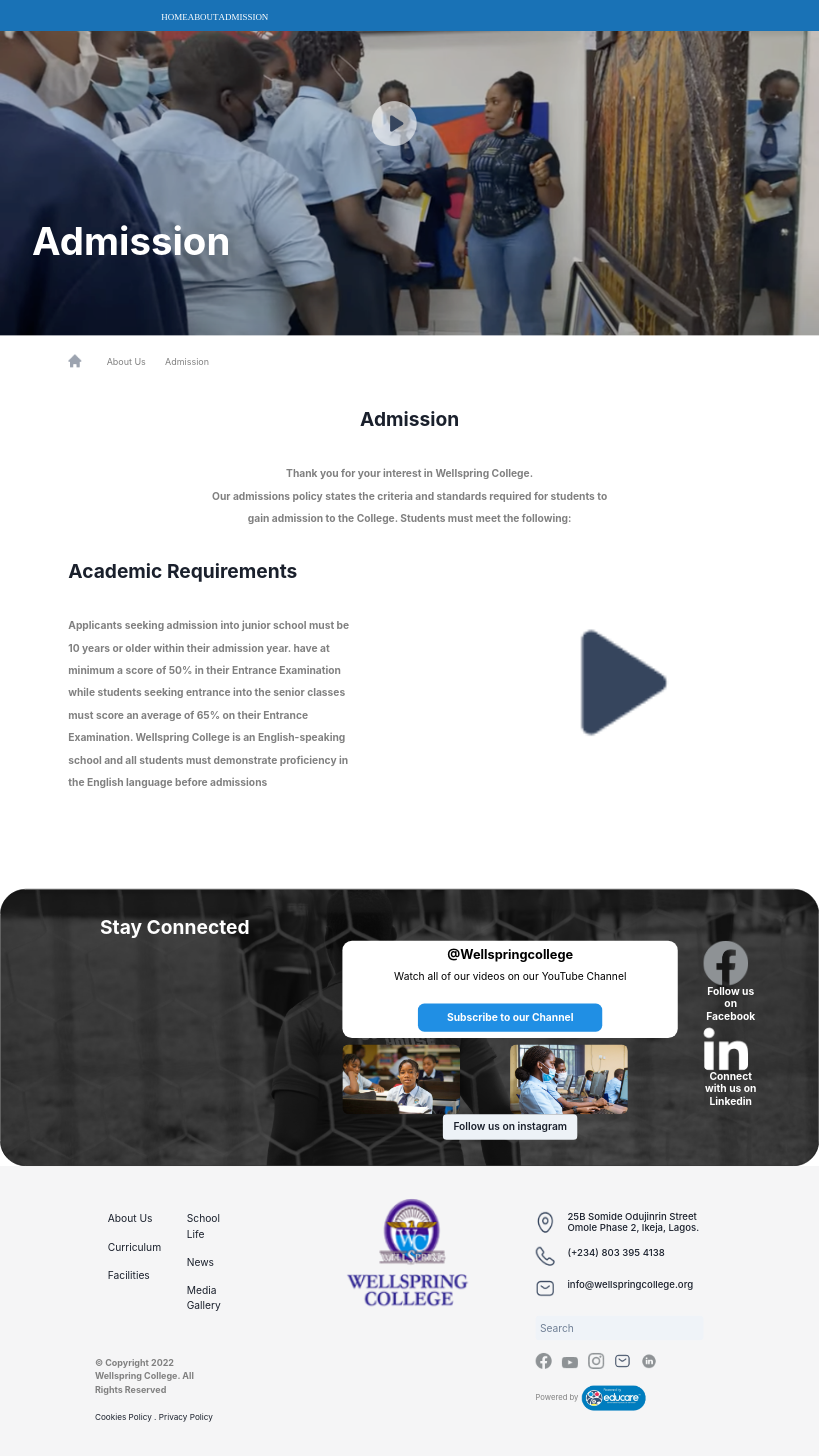
Repository: gr8skills/wellspring-school-forked
Page: /admission
The author's editor kept a copy of each file at every save. The page is drawn from the files as they stood at one save, then again after the next save.
The browser window is 1280 px wide. The pictures show the whole page, at 64% of full size.
The project was rebuilt for these pictures with package versions that can differ from the ones it lists, and the page was loaded fresh each time. Also part of the build but not shown: src/components/Navbar/Dropdown.scss, src/components/Navbar/Dropdown.js, src/components/Testimonials/Testimonials.js, src/components/Calendar/Calendar.js, src/components/News/News.js, src/components/WhyWellspring/_why-wellspring.scss, src/components/WhyWellspring/WhyWellspring.js, src/components/AppTab/AppTab.js and 9 more.

Above is the page before, as saved 2022-12-06 17:48:55.

### src/index.css
body {
  /* margin: 0;
  font-family: -apple-system, BlinkMacSystemFont, 'Segoe UI', 'Roboto', 'Oxygen',
    'Ubuntu', 'Cantarell', 'Fira Sans', 'Droid Sans', 'Helvetica Neue',
    sans-serif;
  -webkit-font-smoothing: antialiased;
  -moz-osx-font-smoothing: grayscale; */
}

/* code {
  font-family: source-code-pro, Menlo, Monaco, Consolas, 'Courier New',
    monospace;
} */

### src/App.css
body{
}

.App {
  text-align: center;
    background-color:black;

}

.App-logo {
  height: 40vmin;
  pointer-events: none;
}

@media (prefers-reduced-motion: no-preference) {
  .App-logo {
    animation: App-logo-spin infinite 20s linear;
  }
}


@keyframes App-logo-spin {
  from {
    transform: rotate(0deg);
  }
  to {
    transform: rotate(360deg);
  }
}

### src/pages/Admission/Admission.js
import Banner from "../../assets/admission.png";
import Home from "../../assets/home.png";
import VideoIcon from "../../assets/vid2.png";
import Happy from "../../assets/vid2.png";

import Dot from "../../assets/yellow.png";
import { Heading } from "@chakra-ui/react";
import { Link } from "react-router-dom";

import "./_admission.scss";
import { StayConnected } from "../../components/StayConnected/StayConnected";
export const Admission = () => {
  return (
    <>
      <div className="col-md-12 holder">
        <img className="col-md-12 imgCaro" src={Banner} alt="Scholar" />
        <div className="overlay">
          <div className="videoIcon">
            {" "}
            <img className="col-md-1" src={VideoIcon} alt="Scholar" />
          </div>
          <Heading size="3xl">Admission</Heading>
        </div>
      </div>
      <div className="flexy breadcrumb">
        <div className="col-md-1">&nbsp;</div>
        <a href="#">
          <img className="col-md-12 home-icon" src={Home} alt="Scholar" />
        </a>
        <p>About Us</p>
        <p>Admission</p>
      </div>
      <div className="col-md-12 flexy admission">
        <div className="col-md-3">&nbsp;</div>
        <div className="page-body col-md-6 ">
          <Heading size="lg" mb="50px" mt="30px">
            Admission
          </Heading>
          <p style={{ lineHeight: "35px" }}>
            Thank you for your interest in Wellspring College.
            <br /> Our admissions policy states the criteria and standards
            required for students to gain admission to the College. Students
            must meet the following:
          </p>
        </div>
      </div>
      <div className="col-md-12 flexy">
        <div className="col-md-1">&nbsp;</div>
        <div className="col-md-10 flexy">
          <div className="page-body col-md-5 ">
            <Heading size="lg" mb="50px" mt="30px">
              Academic Requirements
            </Heading>
            <p>
              Applicants seeking admission into junior school must be 10 years
              or older within their admission year. have at minimum a score of
              50% in their Entrance Examination while students seeking entrance
              into the senior classes must score an average of 65% on their
              Entrance Examination. Wellspring College is an English-speaking
              school and all students must demonstrate proficiency in the
              English language before admissions
            </p>
          </div>
          <div className="col-md-2">&nbsp;</div>
          <div className="col-md-5">
            {" "}
            <img className="col-md-12 " src={Happy} alt="Scholar" />
          </div>
        </div>
      </div>

      <StayConnected />
    </>
  );
};

### src/components/Navbar/NavBar.module.css


.navCont{
    position: relative;
    /* display: flex; */
    width:25%;
    /* justify-content: space-between; */
    /* margin: 0 auto; */
    /* max-height: 5rem; */
    padding-left:220px;

}

.nav-links{
    font-size:10px !important;
}


.imgCont{
    position: relative;
}

/* .imgContent{
    position: absolute;
    z-index: 1;
    height: 6vw;

} */

/* .btnPortal{
    background-color: #4CA14900;
    color: #fff;
    height: 2.5rem;
    width: 7rem;
    font-size: 18px;
    border-radius: 5px;
    position: relative;
    outline: 0;
    border: 0;
    transition: 1.5s scale linear;
} */

/* .btnPortal:focus{
    outline: 0;
    border: 0;
} */

/* .btnPortal:hover{
    transform: scale(1.02);
    background-color: #4CA149CF;
} */

/* .fIcon{
    width: 30px;
    height: 30px;
    padding: 5px 5px;
    transform: translate(-6px, -1px);
} */

/* @media screen and (max-width: 960px) {
    .navCont{
        position: relative;
        display: flex;
        width: 100%;
        justify-content: space-between;
        margin: 0 auto;
        max-height: 5rem;

    }

    .imgContent{
        position: absolute;
        z-index: 1;
        height: 16vw;

    }

}


 */

### src/components/Navbar/_navbar.scss
@import "../../variables";





.navContainer{
    background:$themecolor;
    min-height: 3rem;
    position: fixed;
    z-index: 1;
    right: 0;
    width: 100%;
    top: 0;
    @media screen and (max-width:620px){
        display:none;
    }
}


.nav-list{
    display: flex;
    max-width: 70%;
    width: 70%;
    justify-content: space-between;
    list-style: none;
    color: #fff;
    font-family: monserat;
    transform: translateY(54%);
    margin: 0 !important;
}

.nav-list li{
    line-height: 25px;
    text-align: center;
    margin: 0;
    font-size: 14px;

}

/* .nav-list li a{
    color: #fff;
} */


.nav-item {
    height: auto;
    justify-content: center;
    display: flex;
}

.menu-icon{
    display: none;
}




.nav-links {
    color: #fff;
    display: flex;
    align-items: center;
    text-decoration: none;
    height: 100%;
    transition: all 0.2s ease-out;

}

.nav-links:hover {
    background-color: #fff;
    text-decoration: none;
    // padding:5px;
    color:$themecolor;
}


@media screen and (max-width: 600px) {
    .ph{
        display: none;
    }

@media screen and (max-width: 960px) {
    .nav-list{
        display: none;
    }
}

    .menu-icon{
        display: block;
    }

    .nav-list{
        display: flex;
        flex-direction: column;
        position: absolute;
        height: 42rem;
        width: 100%;
        max-width: 100% !important;
        top: 48px;
        transform: translateY(4%);
        /* z-index: 999; */
        opacity: 1;
        right: -100%;
        transition: all .5s linear;
    background-color: #4CA149;

    }
.mainMenu li a{
    line-height:20px !important;

}
    .nav-list.active{
        transition: all 0.3s ease-out;
        visibility: visible;
        transition: all .5s linear;
        right: 0;
        /* z-index: 1; */
    }

    .nav-list.active li {
        font-size: 4vw;
        position: relative;
        margin: 30px 0;
    }


    .fa-times{
        position: relative;
        float: right;
        width: 100%;
    }

    .fa-times, .fa-bars{
        font-size: 40px;
        color: #feed00;
        transition: all 1.5ms linear;
        transform: translate(-29px, 17px);

    }
.nav-links{
    display:none;
}
}




@media screen and (min-width: 960px) {
    .wrapper{
        display:none;
    }
}



/*for sidenav*/




.ph:hover{
    background-color:rgb(255, 165, 0) !important;
    opacity:1 !important
}
.wrapper{
    position: absolute;
    top: 50%;
    left: 50%;
    transform: translate(-50%, -50%);

}
.mainMenu{
    width: 250px;
    display: block;
    border-radius: 10px;
    overflow: hidden;
}
.mainMenu a{
  font-size:20px !important;
  font-weight:bold !important;
      font-family: monserat;
      /* margin-bottom:-20px; */
}
.item{
    border-top: 1px solid orange;
    overflow: hidden;
margin: top 0;
line-height: 20px !important;
}
.btn{
    display: block;
    padding: 15px 20px;
    color: #fff;
    position: relative;
    padding-left:5px !important;
    /* text-align:left !important; */

}
.btn:before{
    content: '';
    position: absolute;
    width: 0;
    height: 0;
    border-left: 8px solid transparent;
    border-right:8px solid transparent;
    /* border-top:10px solid rgba(0,128,0,0.9); */
    right: 15px;
    bottom: -10px;
    z-index: 9;

}
.btn i {
    margin-right: 7px;
    margin-left: -5px;
    font-size: 13px;
}
.subMenu{
    /* background:#A3DA8D !important; */
      overflow: hidden;
        /* background:rgba(78,161,73, 0.1)!important; */
        background:rgba(178,161,173, 0.1)!important;

    transition: max-height 0.7s;
max-height: 0;
z-index:300000000 !important;
position:relative !important;

}
.subMenu a{
    display: block;
    /* padding: 5px 10px !important; */
    color: #fff !important;
    font-size: 14px !important;
    border-bottom: 1px solid #394c7f;
    position: relative;
    margin-top:5px !important;


}
.subMenu a:before{
    content: '';
    opacity: 0;
    transition: opacity 0.3s;

}
.subMenu a:hover:before{
    content: '';
    position: absolute;
    height: 0;
    width: 6px;
    left: 0;
    top:0;
    opacity: 1;
    /* background-color: #d8d824; */
    border-top: 24px solid transparent;
    border-left: 11px solid #ffffff;
    border-bottom: 24px solid transparent;
}
.subMenu a:after{
    content: '';
    opacity: 0;
    transition: opacity 0.3s;

}
.subMenu a:hover:after{
    content: '';
    position: absolute;
    height: 0;
    width: 6px;
    right: 0px;
    top:0;
    opacity: 1;
    /* background-color: #d8d824; */
    border-top: 24px solid transparent;
    border-right: 11px solid #ffffff;
    border-bottom: 24px solid transparent;
}
.subMenu a:hover{
   background-color:orange;
    transition: all 0.3s;
    border-bottom: 2px solid #394c7f;
}
.subMenu a:last-child{
    border:none;
}
.item:target .subMenu{
    max-height: 300px;
        /* transition: max-height 0.7s !important; */

}

.login{
  background-color:#ED2f59;
  padding:5px 14px 5px 14px !important;
  border-radius:5px;
margin-right:55px;
margin-left:30px;
font-family: 'Poppins', sans-serif;

  }



.portal{
  background-color:rgb(221, 156, 35);
  /* padding:7px; */
  width:120px;
  margin-left:50px;
  border-radius:5px;
 padding:7px !important;
 font-size:5px !important;
 color:white !important;
    /* padding-bottom:6px !important; */
  margin-top:20px !important;
   font-size:11px !important;
      text-decoration: none;

  }

  .portal a{

  }

### src/components/Footer/_footer.scss
@import "../../shared-styles";
@import "../../variables";



.footer-container{
    padding:50px;
    height:fit-content;
    background-color:#F5F5F6;
    ul li{
        margin:20px;
    }
    .footer-contacts{
        img{width:30px; margin-right:20px}
        h1{margin-top:20px;
        font-size:15px;}
    }
    .footer-links{
        p{margin-top:30px;
        font-size:14px;
    color:grey;
font-weight:bold;
margin-bottom:20px;}
    }
    ol li{
       width:33px;
       img{
        width:25px !important;
        margin-top:20px;
       }
    }
    .educare{
        margin-top:20px;
        p{font-size:12px;
        color:grey;
    margin-top:10px;
margin-right:5px;}
            img{width:100px;}

    }
}

### src/pages/AboutUs/_about-us.scss
@import "../../shared-styles";
@import "../../variables";


.holder2 {
  position: relative;
  img{border-radius: 10px;}
    // background-image: url("../../assets/orange-arrow2.png");
  // background-repeat: no-repeat;
  // background-size: 60px;
  // background-position: 50% 50%;
  // position: relative;
  // z-index:10000000;
  // display:none;

}

/* Make the image to responsive */
.image {
  display: block;
  width: 100%;
  height: auto;
}

/* The overlay effect - lays on top of the container and over the image */
.overlay2 {
  position: absolute;
 bottom:134px;
  color: #f1f1f1;
  width: 60%;
  opacity:1;
  color: white;
  font-size: 27px !important;
  // padding: 40px ;
  text-align:center !important;left:10%;
  @media screen and (max-width:620px){
    left:16%;
     font-size: 30px !important;
  }



}
@media screen and (max-width:620px){
  .link-imgs{
    padding:20px;
  }
  .holder2{
        margin-top:20px;

  }.holder-up{
        margin-top:-70px;

  }
}

### src/pages/ProprietorMessage/_message.scss
@import "../../shared-styles";
@import "../../variables";


.message{
  span{color:$themecolor2;}
  strong{font-size:20px;
  color:rgb(98, 97, 97);}
  .message-paragraph{margin-left: 30px; margin-top: 98px;
  @media screen and (max-width:620px){
    margin-left: 0px;
  }
  }
  img{border-radius:10px;}
}

### src/pages/Vision/_vision.scss
@import "../../shared-styles";
@import "../../variables";


.vision{
  img{
    height:10px;
    width:10px;
    margin:17px 10px;
  }
  ul li{
   line-height:45px;
  }
  ul{
    margin-right:50px;
       margin-bottom:40px;

  }
}

### src/pages/Discipline/_discipline.scss
@import "../../shared-styles";
@import "../../variables";


.discipline{
 p{margin-bottom:140px;}
}

### src/pages/SchoolSong/_school-song.scss
@import "../../shared-styles";
@import "../../variables";


.school-song{
 p{margin-bottom:140px;
line-height: 55px;}
}

### src/pages/TeachingTeam/_teaching-team.scss
@import "../../shared-styles";
@import "../../variables";


.school-song{
 p{margin-bottom:140px;
line-height: 55px;}
}

### src/pages/Admission/_admission.scss
@import "../../shared-styles";
@import "../../variables";


.videoIcon{
    margin-left:45%;
    margin-bottom:10%;
 img{
    height:70px;
    width:70px;


 }
}
.admission{
    .page-body{text-align:center}
}

### src/_variables.scss
$themecolor:#1972B6;
$themecolor2:rgb(32,143,228);

### src/components/Testimonials/_testimonials.scss
@import "../../variables";
@import "../../shared-styles";




.testimonial{
    margin-top:100px;
    small{
font-weight:bold;}
.testimonial-massage{
 margin-top:80px;

    margin-left:60px;
    p{line-height:35px;
    margin-top:40px;
    }

}
strong{font-size:20px;
background-color:$themecolor2;
color:white;
padding:2px 7px;
margin-left: 10px;
border-radius:3px}
}
 .carousel {
    position: relative;
    z-index: 0;

}
.carousel-inner {
    position: relative;
    width: 100%;
    overflow: hidden;
          border-radius:20px !important;;

}

.carousel-indicators > button.active {
    opacity: 1;
    max-width: 14px !important;
    max-height:14px  !important;
    min-width: 14px !important;
    min-height:14px  !important;
    background-color: green !important;
    border-color: #fff !important;
    outline: none;
    border: none;
    border-radius: 7px !important;

}

.carousel-indicators button{
    max-width: 14px !important;
    max-height: 14px !important;
    min-width: 14px !important;
    min-height: 14px !important;
    margin: 3px 5px !important;
    border-radius: 7px !important;
    background-color: red!important;
    border: 1px solid #fff !important;
    transition: all .5s linear ;

}

.carousel-indicators button:focus{
        outline:0;
        border-color: #4287BD;
}
.carousel-indicators  {
    position: absolute;
    right: 0;
    bottom: 10px;
    left: 0;
    z-index: 15;
    display: flex;
    flex-direction: row;
    height: 100%;
    justify-content: center;
    padding-left: 0;
    margin-right: 0;
    margin-left: 1vw;
    list-style: none;
    outline: none;
    border: none;
}

.carousel-control-next {
 left: 9vw;
     transform: rotate(180deg);
    position: absolute;
    margin-top: 35% !important;
    justify-content: right !important;
    height: 10px;
    width: 18px !important;
    font-size: 50px;

}
.carousel-control-prev {
    left: 1.5vw;
    transform: rotate(180deg) !important;
    position: absolute;
    margin-top: 35% !important;
    justify-content: right !important;
    height: 10px;
    font-size: 50px;
    width: 20px !important;

}
.carousel-control-prev::after{
    content: url('../../assets/arrow-right.png');

    z-index: 10000000000;
    margin-right: 70px;
    width: 20px;
    height: 80px;
}
.carousel-control-next::after{
    content: url('../../assets/arrow-left.png');
    font-size: 54px;
    z-index: 1000000000000000000000000000;
    position:relative;
    right: 0 !important;
    width: 20px;
    height: 80px;

}

### src/_shared-styles.scss
@import "./variables";


@media screen and (max-width:620px){
    .flexyM{
        display:flex;
    }
    .side-menu{
        display:none !important;
    }
    .page-body{padding:20px;}
}
@media screen and (min-width:620px){
    .flexy{
        display:flex;
    }
    .spread{
        display:flex;
    }
}

.side-menu{
    height:fit-content;
    padding:40px;
    background-color:#F9FAFA;
    border-radius: 10px;
    ul li{
        line-height:60px;
       &:hover{
        color:$themecolor2 !important;
       }
    }
   .active{color:$themecolor2 !important;}
}



* {box-sizing: border-box}

/* Container needed to position the overlay. Adjust the width as needed */
.holder {
  position: relative;
  width: 100%;
}

/* Make the image to responsive */
.image {
  display: block;
  width: 100%;
  height: auto;
}

/* The overlay effect - lays on top of the container and over the image */
.overlay {
  position: absolute;
  bottom: 60px;

  color: #f1f1f1;
  width: 100%;
  opacity:1;
  color: white;
  font-size: 20px;
  padding: 50px;
  text-align:left;
}

.home-icon{
    height:20px;
    width:20px;
    margin-right:40px;
}
.breadcrumb{
margin-top:30px;
p{color:grey; font-size:14px; margin-right:30px}
}
.page-body{
  p{font-weight:700;
  color:grey;
line-height:35px}
}

### src/components/AppButton/_app-button.scss
@import "../../shared-styles";
@import "./overides";
@import "../../variables";

.app-button{
    background-color:$themecolor2;
    color:white;
    padding:10px 45px;
    font-weight:bold;
    border-radius:10px;
}

### src/components/Calendar/_calendar.scss
@import "../../shared-styles";
@import "../../variables";



.calendar-container{
            text-align:center;
border-right:solid 1px rgb(202, 200, 200);
    .calendar-box{
background-color:$themecolor2;
height:100px;
width:110px;
border-radius: 10px;
color:#fff;
    text-align: center;
    padding:10px 0;
margin-left:40px;
margin-bottom:30px;

    }
    p{
        color:grey;
        margin-top:20px;
    }
    .calendar-day{
        font-size:35px;
    }
    .calendar-description{
        font-size:20px;
        text-align:center;
    }
}

### src/components/News/_news.scss
@import "../../shared-styles";
@import "../../variables";
.news-container{
    .news-img{
     margin-bottom:40px;
     margin-top:40px;

    }
    img{
        width:100%;
        border-radius: 10px;


    }
    .news-description{
        margin-left:30px;
        h6{
            color:grey;margin-top:40px;
        }
        p{line-height: 35px;
        font-size:20px;
    }
    }
    .read-more-link{
        color:$themecolor;
        margin-top:50px;
    }
}

### src/components/AppTab/_app-tab.scss
@import "../../shared-styles";
@import "./overides";
@import "../../variables";

### src/components/Form/_form.scss
@import "../../shared-styles";
@import "../../variables";
@import "./overides";

### src/components/SearchBar/_search-bar.scss
.visually-hidden {
    clip: rect(0 0 0 0);
    clip-path: inset(50%);
    height: 1px;
    overflow: hidden;
    position: absolute;
    white-space: nowrap;
    width: 1px;
}

input{
    background-color: rgb(239, 243, 248) !important;
    padding:7px !important;
    margin-top:20px !important;border-radius: 5px !important;
}

### src/components/StayConnected/_stay-connected.scss

.connected{
    margin-top:100px;
 border:solid 1px black;
  background-image: url("../../assets/connected-bg.png");
  background-repeat: no-repeat;
  background-size: cover;
  padding: 40px 10px;
  color:white;
  border-radius:40px;
  // margin-right:30px;
  // margin-left:60px;
  text-align:center;
      .channel{
        background-color:white;
        color:black;
        padding:10px 20px;
        height:fit-content;
        border-radius: 15px;
        margin-top:40px;
      }
      img{width:70%;
    height:100%;
  border-radius:10px;
}
}

.socials{
    margin-top: 40px;
    padding-left: 40px;
    text-align:center !important;
    img{
        width:70px !important;
    }
    .linked{
        background-color:grey;
         width:100px !important;
        border-radius: 50%;
        padding:20px;
    }
}

### src/components/AppButton/_overides.scss
@import "../../variables";



.css-jut409{
    background-color:$themecolor;
    padding:100px !important;
}

### src/components/AppTab/_overides.scss
@import "../../variables";


.css-1uw5bnh{
//    box-shadow:0 0 10px 10px rgb(30,130,205);
   border:solid 10px rgb(30,130,205);
   border-radius:10px
}
.css-qycpmy{
    color:rgb(30,130,205);
    background:#fff;
    width:100%;
    border-right:solid 1px $themecolor2;
}

### src/components/Form/_overides.scss
.css-1kp110w{
    background-color:#fff !important;
    padding:30px !important;
    color:grey;
    margin-top:40px;
    border:none !important;
        box-shadow: 0 0 1px 1px #fff !important;

}

.css-1om0uuh {
      background-color:#fff !important;
    margin-top:40px;
    margin-bottom:20px;
    height:300px !important;
        box-shadow: 0 0 1px 1px #fff !important;

}

Loaded but not shown: public/index.html (common file); src/index.js (common file); src/reportWebVitals.js (common file); src/components/Navbar/Navbar.js (299 lines, source omitted); src/components/Footer/Footer.js (113 lines, source omitted); src/components/StayConnected/StayConnected.js (75 lines, source omitted); src/App.js (38 lines, source omitted); src/components/Navbar/MenuItems.js (31 lines, source omitted); src/components/SearchBar/SearchBar.js (15 lines, source omitted); src/components/AppButton/AppButton.js (9 lines, source omitted); src/pages/Home/_home.scss (321 lines, source omitted)

After the next save:
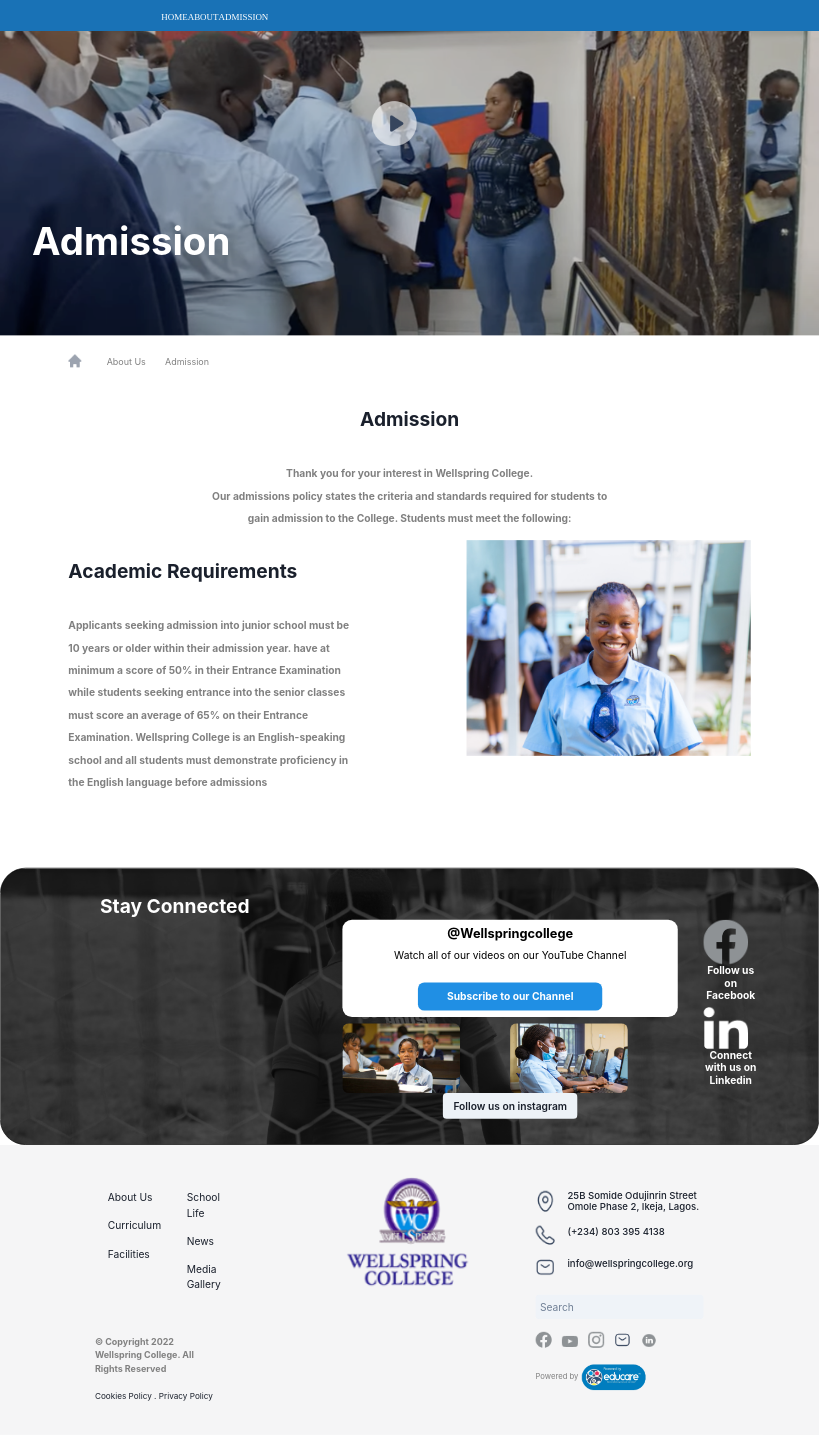
Saved 6 s later.
--- a/src/pages/Admission/Admission.js
+++ b/src/pages/Admission/Admission.js
@@ -1,7 +1,7 @@
 import Banner from "../../assets/admission.png";
 import Home from "../../assets/home.png";
 import VideoIcon from "../../assets/vid2.png";
-import Happy from "../../assets/vid2.png";
+import Happy from "../../assets/happy.png";
 
 import Dot from "../../assets/yellow.png";
 import { Heading } from "@chakra-ui/react";
